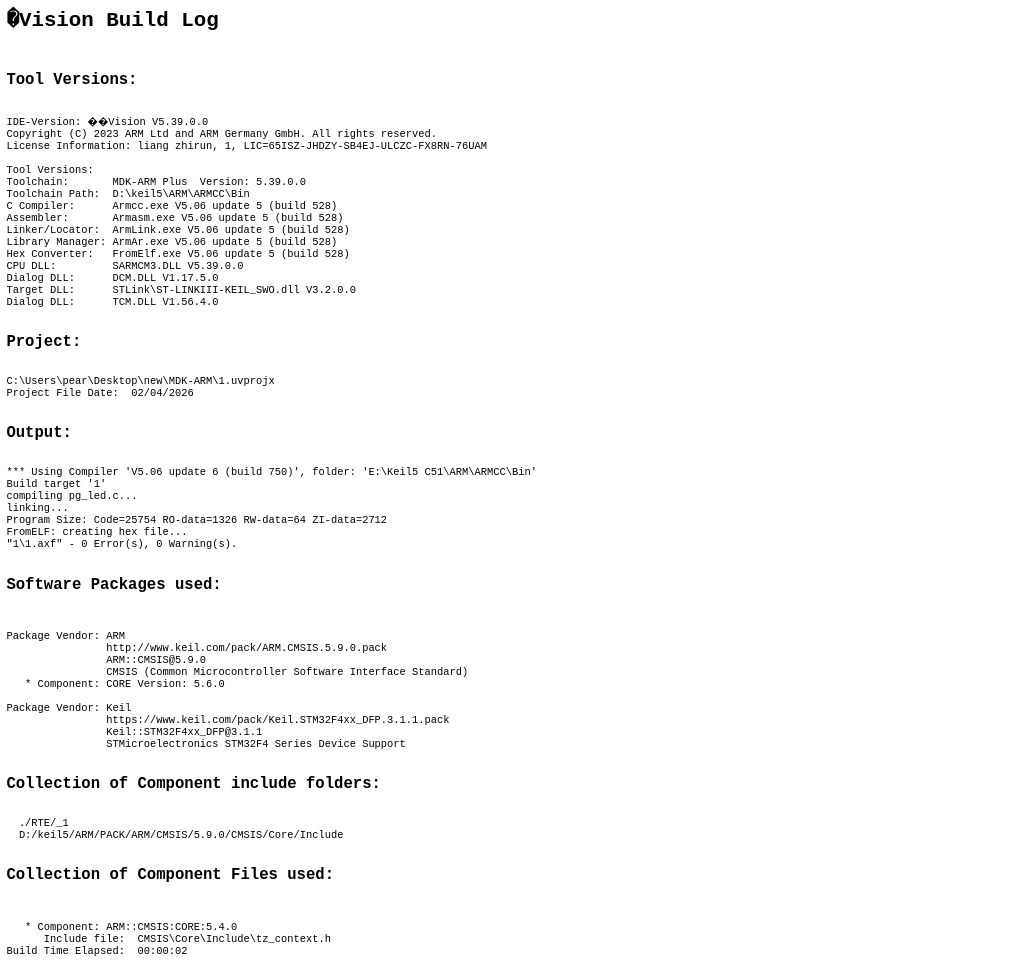
Repository: pear-pro/newdog
Page: MDK-ARM/1/1.build_log.htm
The author's editor kept a copy of each file at every save. The page is drawn from the files as they stood at one save, then again after the next save.
The browser window is 1280 px wide. The pictures show the whole page, at 80% of full size.

Above is the page before, as saved 2026-02-04 22:50:02.

After the next save:
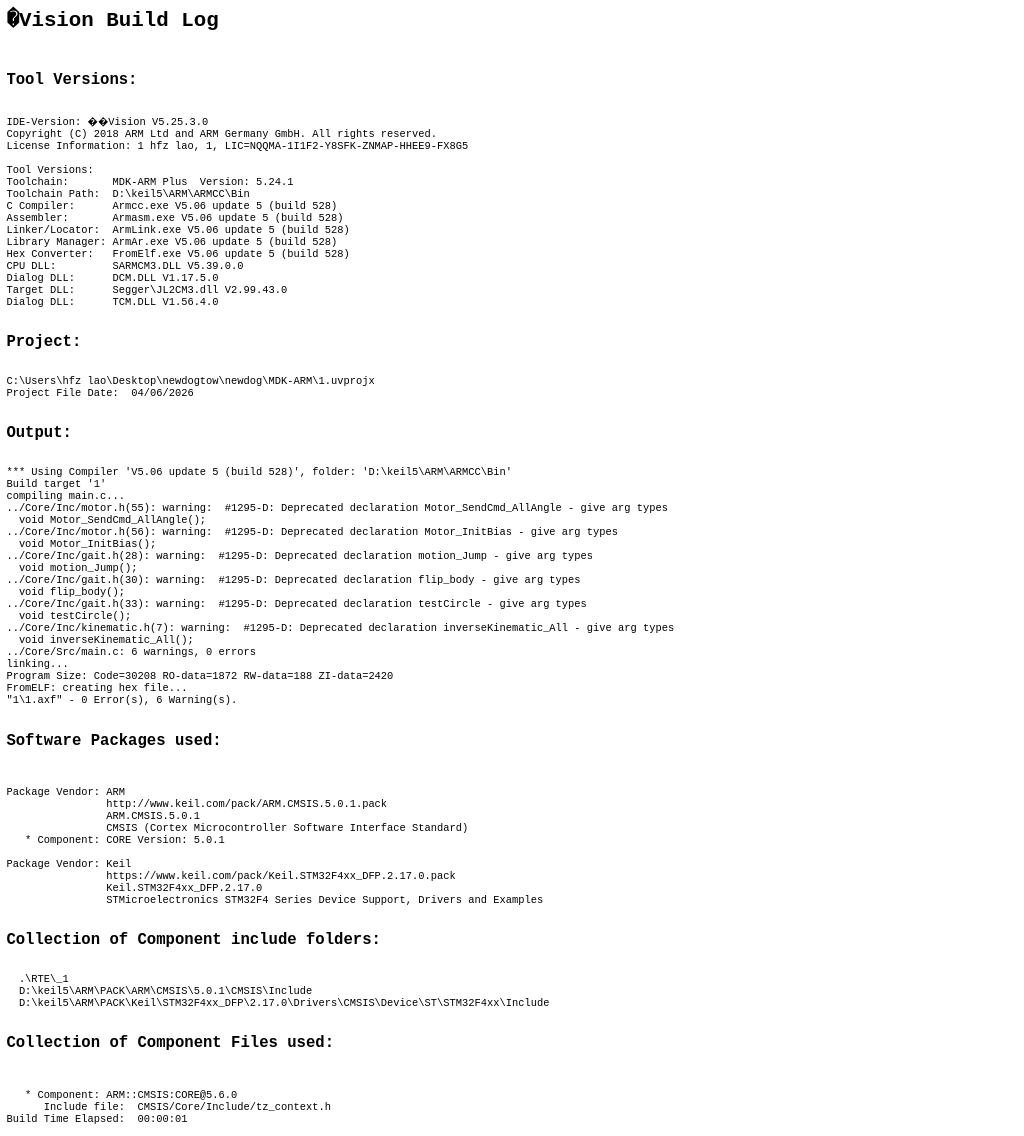
Saved 61 days later.
--- a/MDK-ARM/1/1.build_log.htm
+++ b/MDK-ARM/1/1.build_log.htm
@@ -3,12 +3,12 @@
 <pre>
 <h1>�Vision Build Log</h1>
 <h2>Tool Versions:</h2>
-IDE-Version: ��Vision V5.39.0.0
-Copyright (C) 2023 ARM Ltd and ARM Germany GmbH. All rights reserved.
-License Information: liang zhirun, 1, LIC=65ISZ-JHDZY-SB4EJ-ULCZC-FX8RN-76UAM
+IDE-Version: ��Vision V5.25.3.0
+Copyright (C) 2018 ARM Ltd and ARM Germany GmbH. All rights reserved.
+License Information: 1 hfz lao, 1, LIC=NQQMA-1I1F2-Y8SFK-ZNMAP-HHEE9-FX8G5
 
 Tool Versions:
-Toolchain:       MDK-ARM Plus  Version: 5.39.0.0
+Toolchain:       MDK-ARM Plus  Version: 5.24.1
 Toolchain Path:  D:\keil5\ARM\ARMCC\Bin
 C Compiler:      Armcc.exe V5.06 update 5 (build 528)
 Assembler:       Armasm.exe V5.06 update 5 (build 528)
@@ -17,44 +17,58 @@
 Hex Converter:   FromElf.exe V5.06 update 5 (build 528)
 CPU DLL:         SARMCM3.DLL V5.39.0.0
 Dialog DLL:      DCM.DLL V1.17.5.0
-Target DLL:      STLink\ST-LINKIII-KEIL_SWO.dll V3.2.0.0
+Target DLL:      Segger\JL2CM3.dll V2.99.43.0
 Dialog DLL:      TCM.DLL V1.56.4.0
 
 <h2>Project:</h2>
-C:\Users\pear\Desktop\new\MDK-ARM\1.uvprojx
-Project File Date:  02/04/2026
+C:\Users\hfz lao\Desktop\newdogtow\newdog\MDK-ARM\1.uvprojx
+Project File Date:  04/06/2026
 
 <h2>Output:</h2>
-*** Using Compiler 'V5.06 update 6 (build 750)', folder: 'E:\Keil5 C51\ARM\ARMCC\Bin'
+*** Using Compiler 'V5.06 update 5 (build 528)', folder: 'D:\keil5\ARM\ARMCC\Bin'
 Build target '1'
-compiling pg_led.c...
+compiling main.c...
+../Core/Inc/motor.h(55): warning:  #1295-D: Deprecated declaration Motor_SendCmd_AllAngle - give arg types
+  void Motor_SendCmd_AllAngle();
+../Core/Inc/motor.h(56): warning:  #1295-D: Deprecated declaration Motor_InitBias - give arg types
+  void Motor_InitBias();
+../Core/Inc/gait.h(28): warning:  #1295-D: Deprecated declaration motion_Jump - give arg types
+  void motion_Jump();
+../Core/Inc/gait.h(30): warning:  #1295-D: Deprecated declaration flip_body - give arg types
+  void flip_body();
+../Core/Inc/gait.h(33): warning:  #1295-D: Deprecated declaration testCircle - give arg types
+  void testCircle();
+../Core/Inc/kinematic.h(7): warning:  #1295-D: Deprecated declaration inverseKinematic_All - give arg types
+  void inverseKinematic_All();
+../Core/Src/main.c: 6 warnings, 0 errors
 linking...
-Program Size: Code=25754 RO-data=1326 RW-data=64 ZI-data=2712
+Program Size: Code=30208 RO-data=1872 RW-data=188 ZI-data=2420
 FromELF: creating hex file...
-"1\1.axf" - 0 Error(s), 0 Warning(s).
+"1\1.axf" - 0 Error(s), 6 Warning(s).
 
 <h2>Software Packages used:</h2>
 
 Package Vendor: ARM
-                http://www.keil.com/pack/ARM.CMSIS.5.9.0.pack
-                ARM::CMSIS@5.9.0
-                CMSIS (Common Microcontroller Software Interface Standard)
-   * Component: CORE Version: 5.6.0
+                http://www.keil.com/pack/ARM.CMSIS.5.0.1.pack
+                ARM.CMSIS.5.0.1
+                CMSIS (Cortex Microcontroller Software Interface Standard)
+   * Component: CORE Version: 5.0.1
 
 Package Vendor: Keil
-                https://www.keil.com/pack/Keil.STM32F4xx_DFP.3.1.1.pack
-                Keil::STM32F4xx_DFP@3.1.1
-                STMicroelectronics STM32F4 Series Device Support
+                https://www.keil.com/pack/Keil.STM32F4xx_DFP.2.17.0.pack
+                Keil.STM32F4xx_DFP.2.17.0
+                STMicroelectronics STM32F4 Series Device Support, Drivers and Examples
 
 <h2>Collection of Component include folders:</h2>
-  ./RTE/_1
-  D:/keil5/ARM/PACK/ARM/CMSIS/5.9.0/CMSIS/Core/Include
+  .\RTE\_1
+  D:\keil5\ARM\PACK\ARM\CMSIS\5.0.1\CMSIS\Include
+  D:\keil5\ARM\PACK\Keil\STM32F4xx_DFP\2.17.0\Drivers\CMSIS\Device\ST\STM32F4xx\Include
 
 <h2>Collection of Component Files used:</h2>
 
-   * Component: ARM::CMSIS:CORE:5.4.0
-      Include file:  CMSIS\Core\Include\tz_context.h
-Build Time Elapsed:  00:00:02
+   * Component: ARM::CMSIS:CORE@5.6.0
+      Include file:  CMSIS/Core/Include/tz_context.h
+Build Time Elapsed:  00:00:01
 </pre>
 </body>
 </html>
